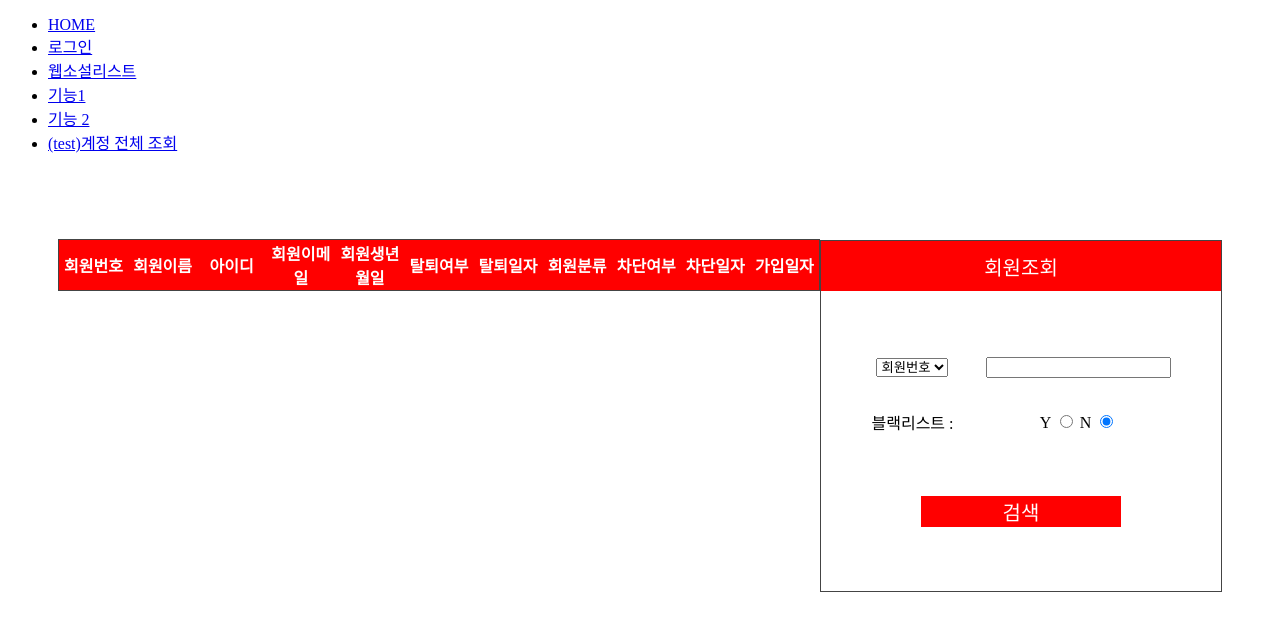
Repository: hoony0203/firstbook
Page: http://localhost/first_book/WEB-INF/views/admin/memberList.jsp
The author's editor kept a copy of each file at every save. The page is drawn from the files as they stood at one save, then again after the next save.
The browser window is 1280 px wide. The pictures show the whole page.
The page is served by Tomcat 9. Nobody is signed in. The template is opened directly, without the code that normally fills it, so the values that code supplies are empty.

Above is the page before, as saved 2021-04-09 13:46:48.

After the next save:
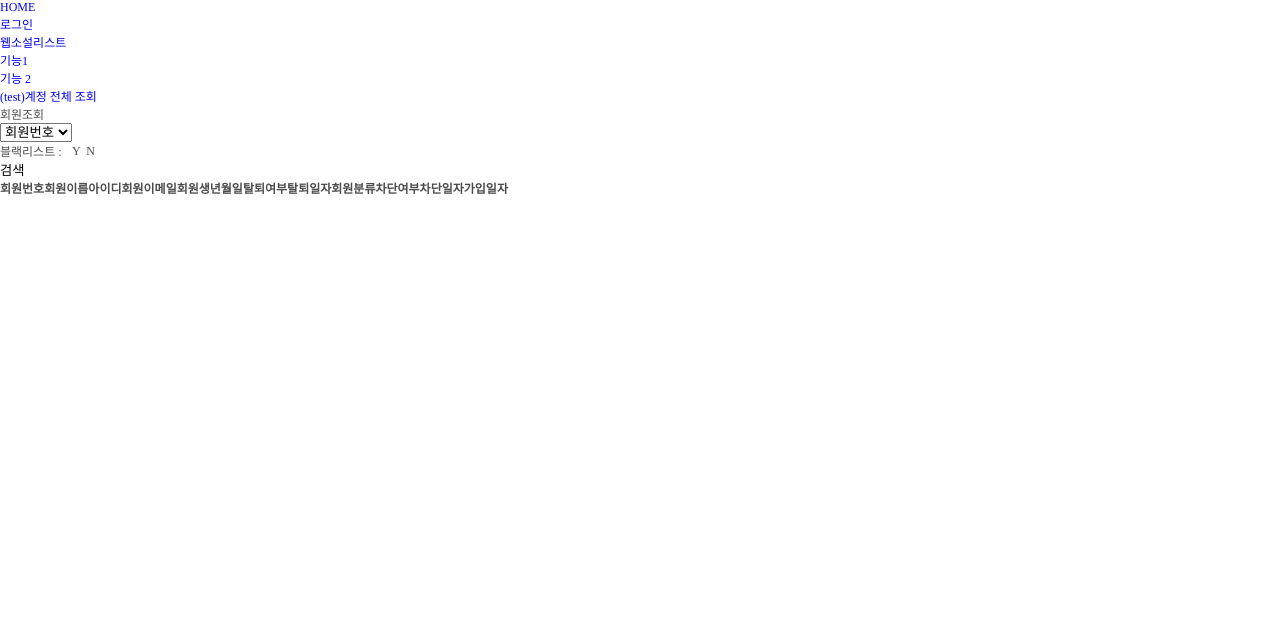
Saved 22 s later.
--- a/first_book/web/WEB-INF/views/admin/memberList.jsp
+++ b/first_book/web/WEB-INF/views/admin/memberList.jsp
@@ -8,30 +8,10 @@
 <title>Insert title here</title>
 </head>
 
+<link rel="stylesheet" href="/firstbook/resources/css/common/reset.css">
+
 <style>
-	section { margin-top: 85px; margin-left : 50px; }
 
-	section table {	 text-align : center; border-collapse: collapse; border-spacing: 0; border: 1px solid #444444;}
-	section table thead { background-color: red; color : white; }
-	section table thead>tr>th { height : 40px; width: 100px;	}
-	section table tbody>tr:nth-child(odd) { background-color: #CFCFCF; }
-
-
-	aside { float:right; margin-top: 70px; margin-right : 50px; height : 350px; width : 400px; border: 1px solid #444444;}
-
-	.inbox { display: -webkit-box; display: -moz-box; display: -ms-flexbox; display: flex; -webkit-box-align: center;
-        -moz-box-align: center; -ms-flex-align: center; align-items: center; /* 수직 정렬 */
-        -webkit-box-pack: center; -moz-box-pack: center; -ms-flex-pack: center; justify-content: center; /* 수평 정렬 */ }
-
-	#memSearchFormHead { font-size : 20px; text-align : center; background-color: red;
-		color : white; width : 400px; height: 50px; }
-
-	#memSearchFormBody { margin-top: 20px; }
-
-	.memSearchTable { margin-top : 15px; text-align: center; border-spacing: 30px;}
-
-	.btn { font-size : 20px; border : 0px; outline : 0px; color : white; background-color: red; width: 200px;}
-	.btn:hover { background-color: #333333; color: white;}
 
 </style>
 
